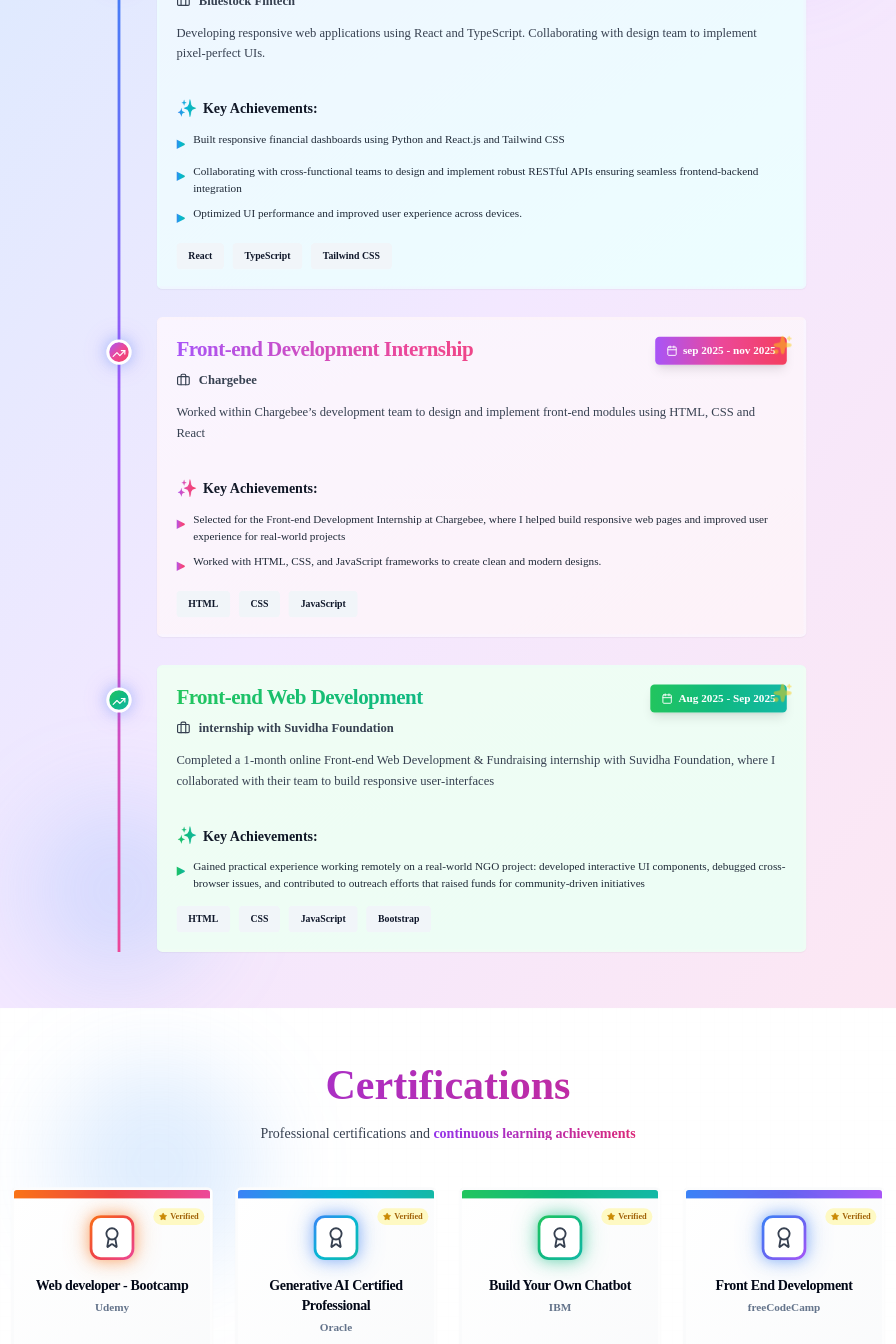
Repository: sm6746/PORTFOLIO
Page: /
The author's editor kept a copy of each file at every save. The page is drawn from the files as they stood at one save, then again after the next save.
The browser window is 1280 px wide. The pictures show the part of the page from y = 4410 to 6330 px (the page is 8194 px tall before and 8644 px after), at 70% of full size.
The project was rebuilt for these pictures with package versions that can differ from the ones it lists, and the page was loaded fresh each time. Also part of the build but not shown: vite.config.ts.

Above is the page before, as saved 2025-11-24 23:08:32.

### index.html
<!DOCTYPE html>
<html lang="en">
  <head>
    <meta charset="UTF-8" />
    <link rel="icon" type="image/svg+xml" href="/favicon.svg" />
    <meta name="viewport" content="width=device-width, initial-scale=1.0" />
    <title>Portfolio</title>
  </head>
  <body>
    <div id="root"></div>
    <script type="module" src="/app/main.tsx"></script>
  </body>
</html>

### app/main.tsx
import React from 'react'
import ReactDOM from 'react-dom/client'
import App from './app'
import './globals.css'

ReactDOM.createRoot(document.getElementById('root')!).render(
  <React.StrictMode>
    <App />
  </React.StrictMode>,
)

### app/app.tsx
import { ThemeProvider } from '@/lib/theme-context';
import { Header } from '@/components/header';
import { HeroSection } from '@/components/hero-section';
import { AboutSection } from '@/components/about-section';
import { SkillsSection } from '@/components/skills-section';
import { ProjectsSection } from '@/components/projects-section';
import { ExperienceSection } from '@/components/experience-section';
import { CertificationsSection } from '@/components/certifications-section';
import { ContactSection } from '@/components/contact-section';
import { Footer } from '@/components/footer';
import { ScrollToTop } from '@/components/scroll-to-top';

function App() {
  return (
    <ThemeProvider>
      <div className="min-h-screen bg-white dark:bg-gray-900 transition-colors duration-300">
        <Header />
        <main>
          <HeroSection />
          <AboutSection />
          <SkillsSection />
          <ProjectsSection />
          <ExperienceSection />
          <CertificationsSection />
          <ContactSection />
        </main>
        <Footer />
        <ScrollToTop />
      </div>
    </ThemeProvider>
  );
}

export default App;

### lib/theme-context.tsx
import React, { createContext, useContext, useEffect, useState } from 'react';

type Theme = 'light' | 'dark';

type ThemeContextType = {
  theme: Theme;
  toggleTheme: () => void;
};

const ThemeContext = createContext<ThemeContextType | undefined>(undefined);

export function ThemeProvider({ children }: { children: React.ReactNode }) {
  const [theme, setTheme] = useState<Theme>(() => {
    const stored = localStorage.getItem('portfolio-theme');
    return (stored as Theme) || 'light';
  });

  useEffect(() => {
    localStorage.setItem('portfolio-theme', theme);
    document.documentElement.classList.toggle('dark', theme === 'dark');
  }, [theme]);

  const toggleTheme = () => {
    setTheme(prev => (prev === 'light' ? 'dark' : 'light'));
  };

  return (
    <ThemeContext.Provider value={{ theme, toggleTheme }}>
      {children}
    </ThemeContext.Provider>
  );
}

export function useTheme() {
  const context = useContext(ThemeContext);
  if (!context) {
    throw new Error('useTheme must be used within ThemeProvider');
  }
  return context;
}

### components/experience-section.tsx
import { Card, CardContent, CardHeader, CardTitle } from '@/components/ui/card';
import { Badge } from '@/components/ui/badge';
import { Briefcase, Calendar, Sparkles, TrendingUp } from 'lucide-react';
import { useScrollAnimation } from '@/hooks/use-scroll-animation';

export function ExperienceSection() {
  const { ref, isVisible } = useScrollAnimation();

  const experiences = [
    {
      title: 'frontend Developer ',
      company: 'Bluestock Fintech',
      period: 'May 2025 – July 2025',
      description: 'Developing responsive web applications using React and TypeScript. Collaborating with design team to implement pixel-perfect UIs.',
      achievements: [
        ' Built responsive financial dashboards using Python and React.js and Tailwind CSS',
        'Collaborating with cross-functional teams to design and implement robust RESTful APIs ensuring seamless frontend-backend integration',
        'Optimized UI performance and improved user experience across devices.',

      ],
      tags: ['React', 'TypeScript', 'Tailwind CSS'],
      gradient: 'from-blue-500 via-cyan-500 to-teal-500',
      bgGradient: 'from-blue-50 to-cyan-50 dark:from-blue-950/50 dark:to-cyan-950/50',
    },
    {
      title: 'Front-end Development Internship ',
      company: ' Chargebee',
      period: 'sep 2025 - nov 2025',
      description: 'Worked within Chargebee’s development team to design and implement front-end modules using HTML, CSS and React',
      achievements: [
        'Selected for the Front-end Development Internship at Chargebee, where I helped build responsive web pages and improved user experience for real-world projects',
         'Worked with HTML, CSS, and JavaScript frameworks to create clean and modern designs.'
      ],
      tags: ['HTML', 'CSS', 'JavaScript'],
      gradient: 'from-purple-500 via-pink-500 to-rose-500',
      bgGradient: 'from-purple-50 to-pink-50 dark:from-purple-950/50 dark:to-pink-950/50',
    },
    {
      title: 'Front-end Web Development',
      company: 'internship with Suvidha Foundation',
      period: 'Aug 2025 - Sep 2025',
      description: 'Completed a 1‐month online Front-end Web Development & Fundraising internship with Suvidha Foundation, where I collaborated with their team to build responsive user-interfaces',
      achievements: [
        'Gained practical experience working remotely on a real-world NGO project: developed interactive UI components, debugged cross-browser issues, and contributed to outreach efforts that raised funds for community-driven initiatives',
      ],
      tags: ['HTML', 'CSS', 'JavaScript', 'Bootstrap'],
      gradient: 'from-green-500 via-emerald-500 to-teal-500',
      bgGradient: 'from-green-50 to-emerald-50 dark:from-green-950/50 dark:to-emerald-950/50',
    },

  ];

  return (
    <section
      id="experience"
      ref={ref as React.RefObject<HTMLElement>}
      className="py-20 bg-gradient-to-br from-blue-100 via-purple-100 to-pink-100 dark:from-gray-800 dark:via-purple-900/10 dark:to-blue-900/10 relative overflow-hidden"
    >
      <div className="absolute top-10 right-10 w-64 h-64 bg-purple-400/20 rounded-full blur-3xl"></div>
      <div className="absolute bottom-10 left-10 w-64 h-64 bg-blue-400/20 rounded-full blur-3xl"></div>

      <div className="container mx-auto px-4 relative z-10">
        <div
          className={`transition-all duration-1000 ${
            isVisible ? 'opacity-100 translate-y-0' : 'opacity-0 translate-y-10'
          }`}
        >
          <h2 className="text-5xl md:text-6xl font-extrabold text-center mb-6 bg-gradient-to-r from-blue-600 via-purple-600 to-pink-600 dark:from-blue-400 dark:via-purple-400 dark:to-pink-400 bg-clip-text text-transparent animate-gradient">
            Experience
          </h2>
          <p className="text-center text-gray-700 dark:text-gray-300 mb-16 text-xl font-medium">
            My professional journey and <span className="text-transparent bg-clip-text bg-gradient-to-r from-purple-600 to-pink-600 font-bold">key achievements</span>
          </p>

          <div className="max-w-5xl mx-auto relative">
            <div className="absolute left-10 top-0 bottom-0 w-1 bg-gradient-to-b from-blue-500 via-purple-500 to-pink-500 hidden md:block shadow-lg"></div>

            <div className="space-y-10">
              {experiences.map((exp, index) => (
                <div
                  key={index}
                  className={`relative transition-all duration-1000 ${
                    isVisible ? 'opacity-100 translate-x-0' : 'opacity-0 -translate-x-10'
                  }`}
                  style={{ transitionDelay: `${index * 250}ms` }}
                >
                  <div className={`hidden md:block absolute left-6 top-8 w-9 h-9 rounded-full bg-gradient-to-br ${exp.gradient} border-4 border-white dark:border-gray-800 shadow-xl animate-pulse-glow z-10`}>
                    <TrendingUp className="h-5 w-5 text-white m-auto mt-1.5" />
                  </div>

                  <Card className={`md:ml-24 hover:shadow-2xl transition-all duration-500 transform hover:-translate-y-3 hover:scale-105 border-4 border-transparent hover:border-current bg-gradient-to-br ${exp.bgGradient} overflow-hidden`}>
                    <div className={`absolute inset-0 bg-gradient-to-br ${exp.gradient} opacity-0 group-hover:opacity-10 transition-opacity duration-500`}></div>
                    <CardHeader className="relative">
                      <div className="flex flex-wrap items-start justify-between gap-4 mb-3">
                        <div className="flex-1">
                          <CardTitle className={`text-3xl font-black mb-3 bg-gradient-to-r ${exp.gradient} bg-clip-text text-transparent`}>
                            {exp.title}
                          </CardTitle>
                          <div className="flex items-center gap-3 text-gray-700 dark:text-gray-300">
                            <Briefcase className="h-5 w-5" />
                            <span className="font-bold text-lg">{exp.company}</span>
                          </div>
                        </div>
                        <Badge variant="outline" className={`flex items-center gap-2 px-4 py-2 border-3 bg-gradient-to-r ${exp.gradient} text-white font-bold text-base shadow-lg`}>
                          <Calendar className="h-4 w-4" />
                          {exp.period}
                        </Badge>
                      </div>
                      <p className="text-gray-700 dark:text-gray-300 text-lg leading-relaxed">{exp.description}</p>
                      <Sparkles className="absolute top-4 right-4 h-7 w-7 text-yellow-400 fill-yellow-400 animate-pulse" />
                    </CardHeader>
                    <CardContent className="p-6 relative">
                      <h4 className="font-black mb-4 text-gray-900 dark:text-gray-100 text-xl flex items-center gap-2">
                        <span className={`text-2xl bg-gradient-to-r ${exp.gradient} bg-clip-text text-transparent`}>✨</span>
                        Key Achievements:
                      </h4>
                      <ul className="space-y-3 mb-5">
                        {exp.achievements.map((achievement, idx) => (
                          <li key={idx} className="flex items-start gap-3 text-gray-800 dark:text-gray-200 text-base">
                            <span className={`text-2xl font-bold bg-gradient-to-r ${exp.gradient} bg-clip-text text-transparent mt-0.5`}>▸</span>
                            <span>{achievement}</span>
                          </li>
                        ))}
                      </ul>
                      <div className="flex flex-wrap gap-3">
                        {exp.tags.map((tag, tagIndex) => (
                          <Badge key={tagIndex} variant="secondary" className="text-sm font-bold px-4 py-2 hover:scale-110 transition-transform">
                            {tag}
                          </Badge>
                        ))}
                      </div>
                    </CardContent>
                  </Card>
                </div>
              ))}
            </div>
          </div>
        </div>
      </div>
    </section>
  );
}

### components/footer.tsx
import { Github, Linkedin, Mail } from 'lucide-react';
import { Button } from '@/components/ui/button';

export function Footer() {
  return (
    <footer className="py-12 bg-gray-900 text-white">
      <div className="container mx-auto px-4">
        <div className="flex flex-col items-center gap-6">
          <div className="text-3xl font-bold bg-gradient-to-r from-blue-400 to-purple-400 bg-clip-text text-transparent">
            SHIVANI MEHRA
          </div>
          <p className="text-gray-400 text-center max-w-md">
            Building the future, one line of code at a time. Let's create something amazing together.
          </p>
          <div className="flex gap-4">
            <Button
              variant="ghost"
              size="icon"
              className="rounded-full hover:bg-blue-600/20 text-gray-300 hover:text-white transition-all"
            >
              <a
              href="https://github.com/sm6746"
              target="_blank"
              rel="noopener noreferrer"
            >
              <Github className="h-5 w-5" />
              </a>
            </Button>
            <Button
              variant="ghost"
              size="icon"
              className="rounded-full hover:bg-blue-600/20 text-gray-300 hover:text-white transition-all"
            >
              <a
              href="https://www.linkedin.com/in/shivani-mehra-/"
              target="_blank"
              rel="noopener noreferrer"
            >
              <Linkedin className="h-7 w-7" />
              </a>
            </Button>
            <Button
              variant="ghost"
              size="icon"
              className="rounded-full hover:bg-blue-600/20 text-gray-300 hover:text-white transition-all"
            >
              <a
              href="https://mail.google.com/mail/?view=cm&fs=1&to=shivanimehra22may@gmail.com"
              target="_blank"
              rel="noopener noreferrer"
            >
               <Mail className="h-5 w-5" />
              </a>

            </Button>
          </div>
          <div className="border-t border-gray-800 pt-6 w-full text-center">
            <p className="text-gray-500 text-sm">

            </p>
          </div>
        </div>
      </div>
    </footer>
  );
}

### components/scroll-to-top.tsx
import { Button } from '@/components/ui/button';
import { ArrowUp } from 'lucide-react';
import { useEffect, useState } from 'react';

export function ScrollToTop() {
  const [isVisible, setIsVisible] = useState(false);

  useEffect(() => {
    const toggleVisibility = () => {
      setIsVisible(window.scrollY > 500);
    };

    window.addEventListener('scroll', toggleVisibility);
    return () => window.removeEventListener('scroll', toggleVisibility);
  }, []);

  const scrollToTop = () => {
    window.scrollTo({ top: 0, behavior: 'smooth' });
  };

  if (!isVisible) return null;

  return (
    <Button
      onClick={scrollToTop}
      size="icon"
      className="fixed bottom-8 right-8 z-50 rounded-full shadow-lg bg-gradient-to-r from-blue-600 to-purple-600 hover:from-blue-700 hover:to-purple-700 animate-bounce"
    >
      <ArrowUp className="h-5 w-5" />
    </Button>
  );
}

### components/ui/button.tsx
import * as React from "react"
import { Slot } from "@radix-ui/react-slot"
import { cva, type VariantProps } from "class-variance-authority"

import { cn } from "@/lib/utlis"

const buttonVariants = cva(
  "inline-flex items-center justify-center gap-2 whitespace-nowrap rounded-md text-sm font-medium transition-colors focus-visible:outline-none focus-visible:ring-1 focus-visible:ring-ring disabled:pointer-events-none disabled:opacity-50 [&_svg]:pointer-events-none [&_svg]:size-4 [&_svg]:shrink-0",
  {
    variants: {
      variant: {
        default:
          "bg-primary text-primary-foreground shadow hover:bg-primary/90",
        destructive:
          "bg-destructive text-destructive-foreground shadow-sm hover:bg-destructive/90",
        outline:
          "border border-input bg-background shadow-sm hover:bg-accent hover:text-accent-foreground",
        secondary:
          "bg-secondary text-secondary-foreground shadow-sm hover:bg-secondary/80",
        ghost: "hover:bg-accent hover:text-accent-foreground",
        link: "text-primary underline-offset-4 hover:underline",
      },
      size: {
        default: "h-9 px-4 py-2",
        sm: "h-8 rounded-md px-3 text-xs",
        lg: "h-10 rounded-md px-8",
        icon: "h-9 w-9",
      },
    },
    defaultVariants: {
      variant: "default",
      size: "default",
    },
  }
)

export interface ButtonProps
  extends React.ButtonHTMLAttributes<HTMLButtonElement>,
    VariantProps<typeof buttonVariants> {
  asChild?: boolean
}

const Button = React.forwardRef<HTMLButtonElement, ButtonProps>(
  ({ className, variant, size, asChild = false, ...props }, ref) => {
    const Comp = asChild ? Slot : "button"
    return (
      <Comp
        className={cn(buttonVariants({ variant, size, className }))}
        ref={ref}
        {...props}
      />
    )
  }
)
Button.displayName = "Button"

export { Button, buttonVariants }

### hooks/use-scroll-animation.ts
import { useEffect, useRef, useState } from 'react';

export function useScrollAnimation() {
  const ref = useRef<HTMLElement>(null);
  const [isVisible, setIsVisible] = useState(false);

  useEffect(() => {
    const observer = new IntersectionObserver(
      ([entry]) => {
        if (entry.isIntersecting) {
          setIsVisible(true);
        }
      },
      { threshold: 0.1 }
    );

    if (ref.current) {
      observer.observe(ref.current);
    }

    return () => {
      if (ref.current) {
        observer.unobserve(ref.current);
      }
    };
  }, []);

  return { ref, isVisible };
}

### components/ui/card.tsx
import * as React from "react"

import { cn } from "@/lib/utlis"

const Card = React.forwardRef<
  HTMLDivElement,
  React.HTMLAttributes<HTMLDivElement>
>(({ className, ...props }, ref) => (
  <div
    ref={ref}
    className={cn(
      "rounded-lg border bg-card text-card-foreground shadow-sm",
      className,
    )}
    {...props}
  />
))
Card.displayName = "Card"

const CardHeader = React.forwardRef<
  HTMLDivElement,
  React.HTMLAttributes<HTMLDivElement>
>(({ className, ...props }, ref) => (
  <div
    ref={ref}
    className={cn("flex flex-col space-y-1.5 p-6", className)}
    {...props}
  />
))
CardHeader.displayName = "CardHeader"

const CardTitle = React.forwardRef<
  HTMLParagraphElement,
  React.HTMLAttributes<HTMLHeadingElement>
>(({ className, ...props }, ref) => (
  <h3
    ref={ref}
    className={cn(
      "text-2xl font-semibold leading-none tracking-tight",
      className,
    )}
    {...props}
  />
))
CardTitle.displayName = "CardTitle"

const CardDescription = React.forwardRef<
  HTMLParagraphElement,
  React.HTMLAttributes<HTMLParagraphElement>
>(({ className, ...props }, ref) => (
  <p
    ref={ref}
    className={cn("text-sm text-muted-foreground", className)}
    {...props}
  />
))
CardDescription.displayName = "CardDescription"

const CardContent = React.forwardRef<
  HTMLDivElement,
  React.HTMLAttributes<HTMLDivElement>
>(({ className, ...props }, ref) => (
  <div ref={ref} className={cn("p-6 pt-0", className)} {...props} />
))
CardContent.displayName = "CardContent"

const CardFooter = React.forwardRef<
  HTMLDivElement,
  React.HTMLAttributes<HTMLDivElement>
>(({ className, ...props }, ref) => (
  <div
    ref={ref}
    className={cn("flex items-center p-6 pt-0", className)}
    {...props}
  />
))
CardFooter.displayName = "CardFooter"

export { Card, CardHeader, CardFooter, CardTitle, CardDescription, CardContent }

### components/ui/badge.tsx
import * as React from "react"
import { cva, type VariantProps } from "class-variance-authority"

import { cn } from "@/lib/utlis"

const badgeVariants = cva(
  "inline-flex items-center rounded-md border px-2.5 py-0.5 text-xs font-semibold transition-colors focus:outline-none focus:ring-2 focus:ring-ring focus:ring-offset-2",
  {
    variants: {
      variant: {
        default:
          "border-transparent bg-primary text-primary-foreground shadow hover:bg-primary/80",
        secondary:
          "border-transparent bg-secondary text-secondary-foreground hover:bg-secondary/80",
        destructive:
          "border-transparent bg-destructive text-destructive-foreground shadow hover:bg-destructive/80",
        outline: "text-foreground",
      },
    },
    defaultVariants: {
      variant: "default",
    },
  }
)

export interface BadgeProps
  extends React.HTMLAttributes<HTMLDivElement>,
    VariantProps<typeof badgeVariants> {}

function Badge({ className, variant, ...props }: BadgeProps) {
  return (
    <div className={cn(badgeVariants({ variant }), className)} {...props} />
  )
}

export { Badge, badgeVariants }

### components/ui/input.tsx
import * as React from "react"

import { cn } from "@/lib/utlis"

const Input = React.forwardRef<HTMLInputElement, React.ComponentProps<"input">>(
  ({ className, type, ...props }, ref) => {
    return (
      <input
        type={type}
        className={cn(
          "flex h-9 w-full rounded-md border border-input bg-transparent px-3 py-1 text-base shadow-sm transition-colors file:border-0 file:bg-transparent file:text-sm file:font-medium file:text-foreground placeholder:text-muted-foreground focus-visible:outline-none focus-visible:ring-1 focus-visible:ring-ring disabled:cursor-not-allowed disabled:opacity-50 md:text-sm",
          className
        )}
        ref={ref}
        {...props}
      />
    )
  }
)
Input.displayName = "Input"

export { Input }

### components/ui/textarea.tsx
import * as React from "react"

import { cn } from "@/lib/utlis"

const Textarea = React.forwardRef<
  HTMLTextAreaElement,
  React.ComponentProps<"textarea">
>(({ className, ...props }, ref) => {
  return (
    <textarea
      className={cn(
        "flex min-h-[60px] w-full rounded-md border border-input bg-transparent px-3 py-2 text-base shadow-sm placeholder:text-muted-foreground focus-visible:outline-none focus-visible:ring-1 focus-visible:ring-ring disabled:cursor-not-allowed disabled:opacity-50 md:text-sm",
        className
      )}
      ref={ref}
      {...props}
    />
  )
})
Textarea.displayName = "Textarea"

export { Textarea }

Loaded but not shown: lib/utlis.tsx (common file); tailwind.config.js (62 lines, source omitted); components/projects-section.tsx (185 lines, source omitted); components/contact-section.tsx (144 lines, source omitted); components/certifications-section.tsx (141 lines, source omitted); components/hero-section.tsx (124 lines, source omitted); components/about-section.tsx (79 lines, source omitted); components/skills-section.tsx (112 lines, source omitted); components/header.tsx (82 lines, source omitted); app/globals.css (115 lines, source omitted)

After the next save:
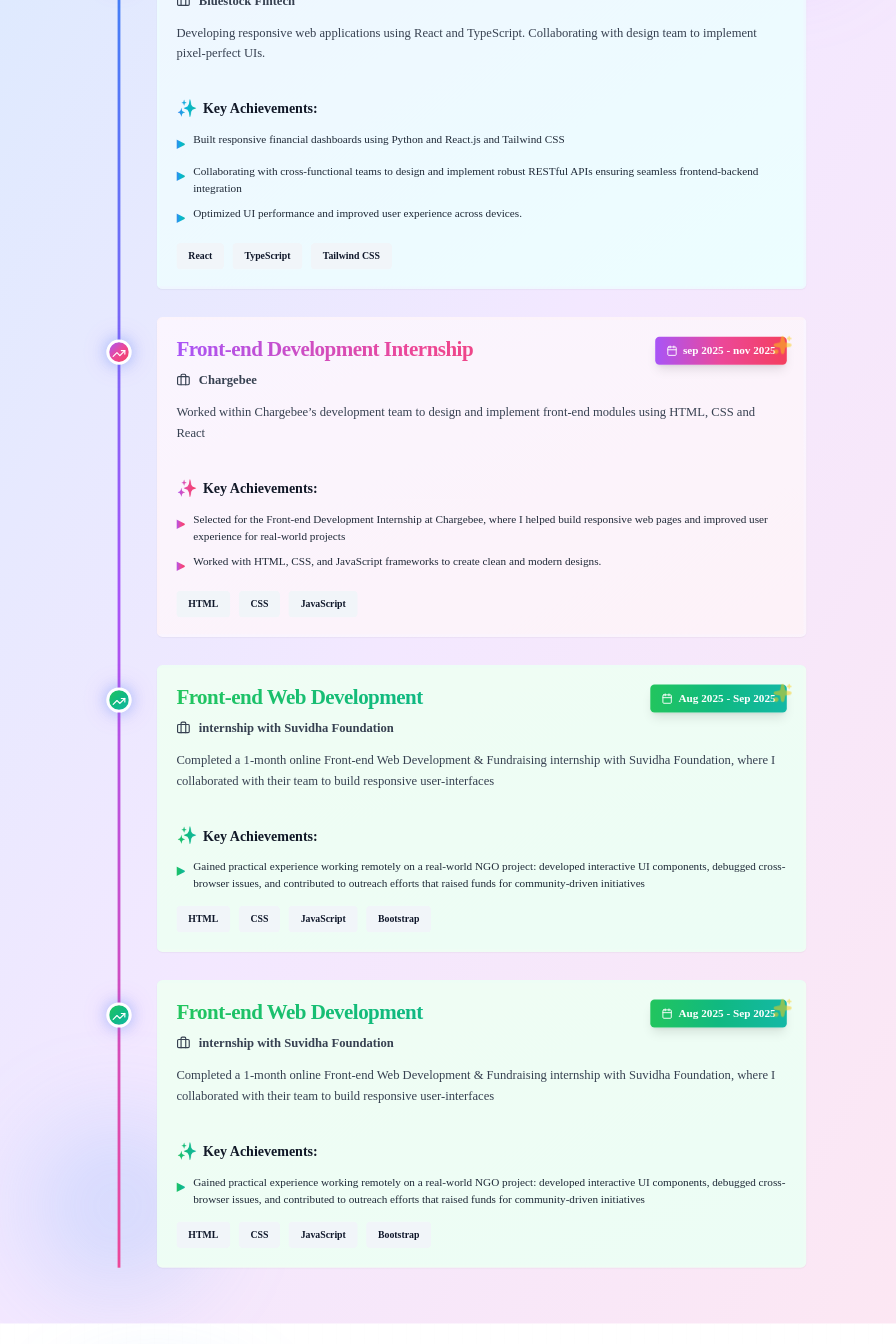
Saved 38 s later.
--- a/components/experience-section.tsx
+++ b/components/experience-section.tsx
@@ -34,6 +34,18 @@ export function ExperienceSection() {
       tags: ['HTML', 'CSS', 'JavaScript'],
       gradient: 'from-purple-500 via-pink-500 to-rose-500',
       bgGradient: 'from-purple-50 to-pink-50 dark:from-purple-950/50 dark:to-pink-950/50',
+    },
+    {
+      title: 'Front-end Web Development',
+      company: 'internship with Suvidha Foundation',
+      period: 'Aug 2025 - Sep 2025',
+      description: 'Completed a 1‐month online Front-end Web Development & Fundraising internship with Suvidha Foundation, where I collaborated with their team to build responsive user-interfaces',
+      achievements: [
+        'Gained practical experience working remotely on a real-world NGO project: developed interactive UI components, debugged cross-browser issues, and contributed to outreach efforts that raised funds for community-driven initiatives',
+      ],
+      tags: ['HTML', 'CSS', 'JavaScript', 'Bootstrap'],
+      gradient: 'from-green-500 via-emerald-500 to-teal-500',
+      bgGradient: 'from-green-50 to-emerald-50 dark:from-green-950/50 dark:to-emerald-950/50',
     },
     {
       title: 'Front-end Web Development',
